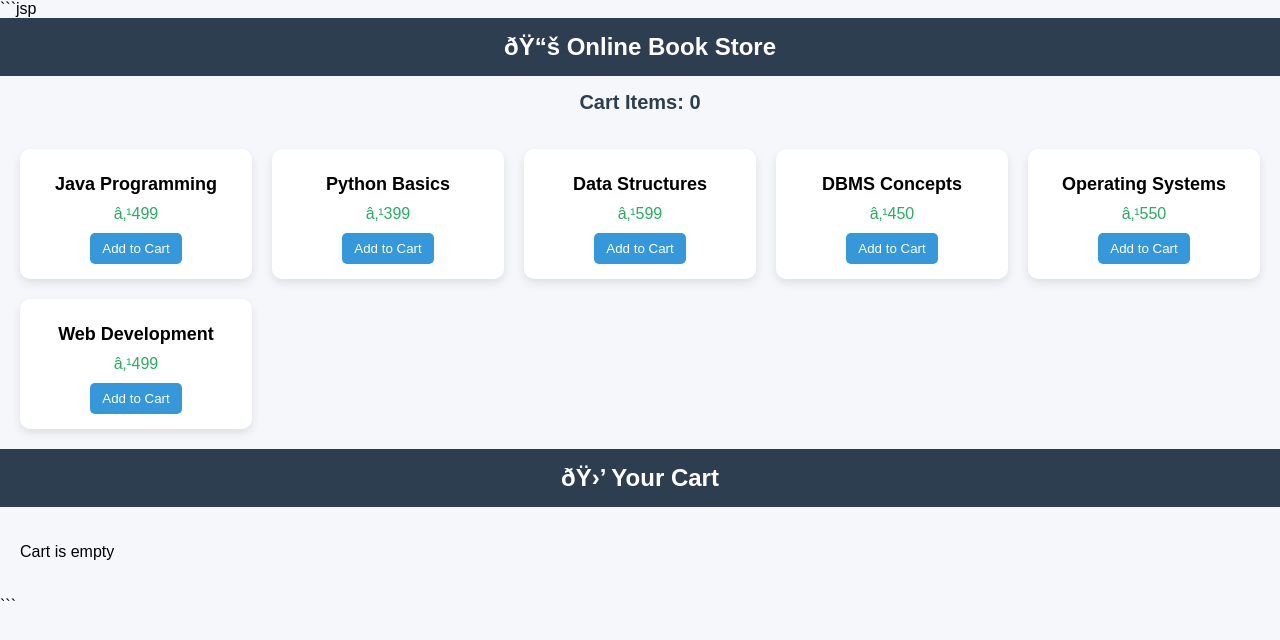
Repository: pranatirao365/WT
Page: http://localhost/ShoppingCartApp/
The author's editor kept a copy of each file at every save. The page is drawn from the files as they stood at one save, then again after the next save.
The browser window is 1280 px wide. The pictures show the whole page.
The page is served by Tomcat 10.

Above is the page before, as saved 2026-04-26 12:04:54.

### week-12/ShoppingCartApp/src/main/webapp/index.jsp
```jsp
<html>
<head>
    <title>Book Store</title>

    <style>
        body {
            font-family: Arial, sans-serif;
            background-color: #f5f7fa;
            margin: 0;
            padding: 0;
        }

        h2 {
            text-align: center;
            background-color: #2c3e50;
            color: white;
            padding: 15px;
            margin: 0;
        }

        #cartCount {
            text-align: center;
            font-size: 20px;
            margin: 15px;
            color: #2c3e50;
        }

        .container {
            display: grid;
            grid-template-columns: repeat(auto-fit, minmax(220px, 1fr));
            gap: 20px;
            padding: 20px;
        }

        .book-card {
            background: white;
            padding: 15px;
            border-radius: 10px;
            box-shadow: 0 4px 10px rgba(0,0,0,0.1);
            text-align: center;
            transition: transform 0.2s ease;
        }

        .book-card:hover {
            transform: translateY(-5px);
        }

        .book-title {
            font-size: 18px;
            font-weight: bold;
            margin: 10px 0;
        }

        .price {
            color: #27ae60;
            font-size: 16px;
            margin-bottom: 10px;
        }

        button {
            background-color: #3498db;
            color: white;
            border: none;
            padding: 8px 12px;
            border-radius: 5px;
            cursor: pointer;
        }

        button:hover {
            background-color: #2980b9;
        }
    </style>

    <script src="cart.js"></script>
</head>

<body>

<h2>📚 Online Book Store</h2>

<h3 id="cartCount">Cart Items: 0</h3>

<div class="container">

    <div class="book-card">
        <div class="book-title">Java Programming</div>
        <div class="price">₹499</div>
        <button onclick="addToCart('Java Programming')">Add to Cart</button>
    </div>

    <div class="book-card">
        <div class="book-title">Python Basics</div>
        <div class="price">₹399</div>
        <button onclick="addToCart('Python Basics')">Add to Cart</button>
    </div>

    <div class="book-card">
        <div class="book-title">Data Structures</div>
        <div class="price">₹599</div>
        <button onclick="addToCart('Data Structures')">Add to Cart</button>
    </div>

    <div class="book-card">
        <div class="book-title">DBMS Concepts</div>
        <div class="price">₹450</div>
        <button onclick="addToCart('DBMS Concepts')">Add to Cart</button>
    </div>

    <div class="book-card">
        <div class="book-title">Operating Systems</div>
        <div class="price">₹550</div>
        <button onclick="addToCart('Operating Systems')">Add to Cart</button>
    </div>

    <div class="book-card">
        <div class="book-title">Web Development</div>
        <div class="price">₹499</div>
        <button onclick="addToCart('Web Development')">Add to Cart</button>
    </div>

</div>
<h2 style="text-align:center;">🛒 Your Cart</h2>

<div id="cart-container" style="padding:20px;"></div>
</body>
</html>
```

### week-12/ShoppingCartApp/src/main/webapp/cart.js
const API = "cart";

// Add item
function addToCart(item) {
    sendRequest({ action: "add", item: item });
}

// Update quantity
function updateQuantity(item, qty) {
    sendRequest({
        action: "update",
        item: item,
        quantity: parseInt(qty)
    });
}

// Remove item
function removeItem(item) {
    sendRequest({ action: "remove", item: item });
}

// Load cart
function loadCart() {
    fetch(API)
        .then(res => res.json())
        .then(data => updateCartUI(data));
}

// Common function
function sendRequest(payload) {
    fetch(API, {
        method: "POST",
        headers: {
            "Content-Type": "application/json"
        },
        body: JSON.stringify(payload)
    })
    .then(res => res.json())
    .then(data => updateCartUI(data));
}

// Update UI
function updateCartUI(cart) {
    let container = document.getElementById("cart-container");
    let count = document.getElementById("cartCount");

    container.innerHTML = "";
    let total = 0;

    if (cart.items.length === 0) {
        container.innerHTML = "<p>Cart is empty</p>";
        count.innerText = "Cart Items: 0";
        return;
    }

    cart.items.forEach(item => {
        total += item.quantity;

        container.innerHTML += `
            <div class="cart-item">
                <b>${item.name}</b>
                <br>
                Qty:
                <input type="number" value="${item.quantity}"
                onchange="updateQuantity('${item.name}', this.value)">

                <button onclick="removeItem('${item.name}')">Remove</button>
            </div>
        `;
    });

    count.innerText = "Cart Items: " + total;
}

// load on start
window.onload = loadCart;

### week-12/ShoppingCartApp/src/main/java/com/app/CartServlet.java
package com.app;

import java.io.*;
import java.util.*;
import jakarta.servlet.*;
import jakarta.servlet.http.*;
import jakarta.servlet.annotation.WebServlet;
import org.json.*;

@WebServlet("/cart")
public class CartServlet extends HttpServlet {

    protected void doGet(HttpServletRequest req, HttpServletResponse res)
            throws IOException {

        HttpSession session = req.getSession();
        Map<String, Integer> cart = (Map<String, Integer>) session.getAttribute("cart");

        if (cart == null) cart = new HashMap<>();

        sendResponse(res, cart);
    }

    protected void doPost(HttpServletRequest req, HttpServletResponse res)
            throws IOException {

        BufferedReader reader = req.getReader();
        StringBuilder sb = new StringBuilder();
        String line;

        while ((line = reader.readLine()) != null) {
            sb.append(line);
        }

        JSONObject json = new JSONObject(sb.toString());
        String action = json.getString("action");
        String item = json.getString("item");

        HttpSession session = req.getSession();
        Map<String, Integer> cart = (Map<String, Integer>) session.getAttribute("cart");

        if (cart == null) cart = new HashMap<>();

        switch (action) {
            case "add":
                cart.put(item, cart.getOrDefault(item, 0) + 1);
                break;

            case "update":
                int qty = json.getInt("quantity");
                if (qty <= 0) cart.remove(item);
                else cart.put(item, qty);
                break;

            case "remove":
                cart.remove(item);
                break;
        }

        session.setAttribute("cart", cart);
        sendResponse(res, cart);
    }

    private void sendResponse(HttpServletResponse res, Map<String, Integer> cart)
            throws IOException {

        JSONArray arr = new JSONArray();

        for (String key : cart.keySet()) {
            JSONObject obj = new JSONObject();
            obj.put("name", key);
            obj.put("quantity", cart.get(key));
            arr.put(obj);
        }

        JSONObject result = new JSONObject();
        result.put("items", arr);

        res.setContentType("application/json");
        res.getWriter().write(result.toString());
    }
}

After the next save:
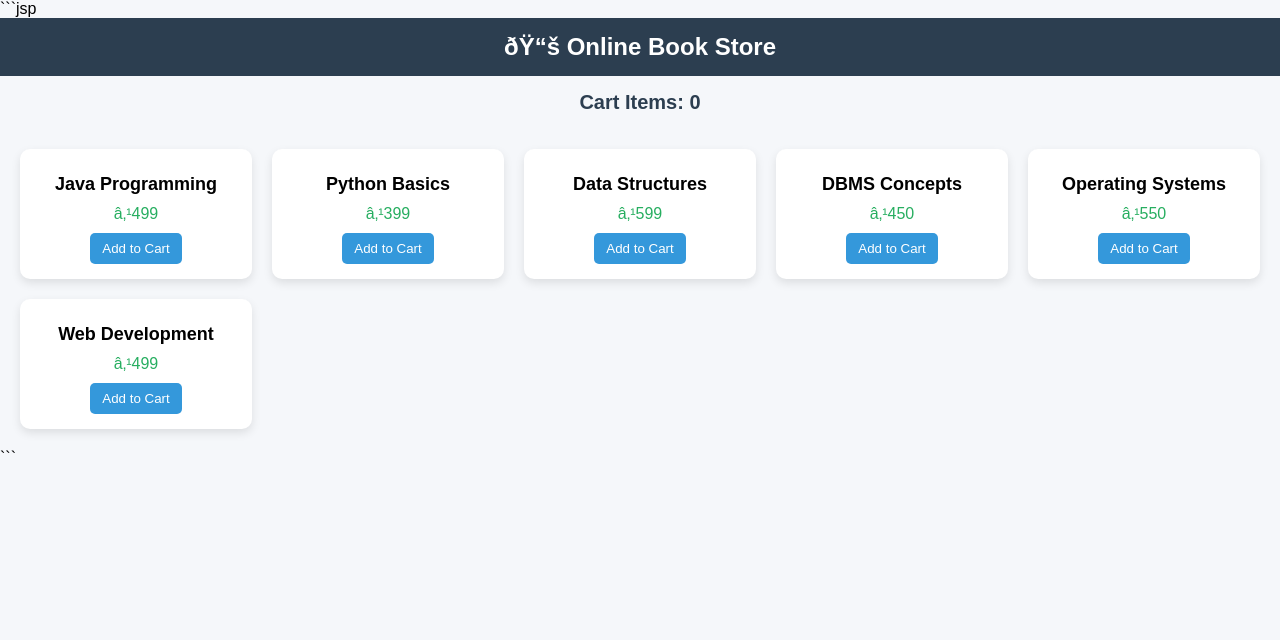
Console error: TypeError: Cannot set properties of null (setting 'innerHTML')
Saved 3 min 56 s later.
--- a/week-12/ShoppingCartApp/src/main/webapp/index.jsp
+++ b/week-12/ShoppingCartApp/src/main/webapp/index.jsp
@@ -120,9 +120,7 @@
     </div>
 
 </div>
-<h2 style="text-align:center;">🛒 Your Cart</h2>
 
-<div id="cart-container" style="padding:20px;"></div>
 </body>
 </html>
 ```
